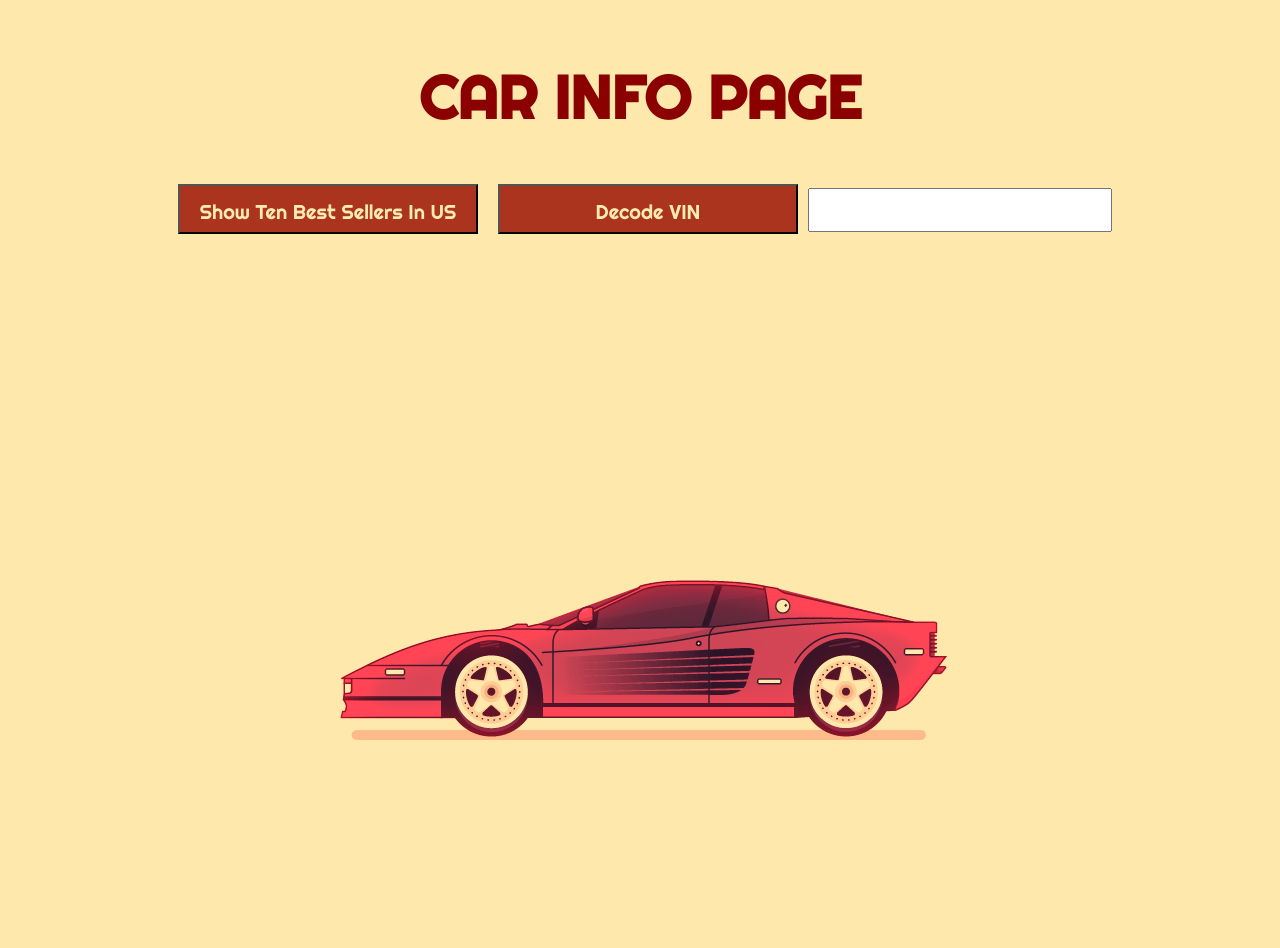
Repository: shadowmare358/vueVinCheck
Page: /
These files come from the project's save history. The page is drawn as it stood at one moment and after the next save; the edit follows.
The browser window is 1280 px wide. The pictures show the whole page.
The project was rebuilt for these pictures with package versions that can differ from the ones it lists, and the page was loaded fresh each time.

Above is the page before, as saved 2019-11-05 11:52:07.

### public/index.html
<!DOCTYPE html>
<html lang="en">
  <head>
    <meta charset="utf-8">
    <meta http-equiv="X-UA-Compatible" content="IE=edge">
    <meta name="viewport" content="width=device-width,initial-scale=1.0">
    <link rel="icon" href="<%= BASE_URL %>favicon.ico">
    <title>vue-carconfig</title>
  </head>
  <body>
    <noscript>
      <strong>We're sorry but vue-carconfig doesn't work properly without JavaScript enabled. Please enable it to continue.</strong>
    </noscript>
    <div id="app"></div>
    <!-- built files will be auto injected -->
  </body>
</html>

### src/App.vue
<template>
  <div id="app">
    <search></search>
     <div id="car"></div>
  </div>

</template>

<script>
import Search from './components/Search.vue'

export default {
  name: 'app',
  components: {
    Search
  }
}

</script>

<style>
#app {
  font-family: 'Avenir', Helvetica, Arial, sans-serif;
  -webkit-font-smoothing: antialiased;
  -moz-osx-font-smoothing: grayscale;
  text-align: center;
  color:darkred;
  margin-top: 60px;
  background-size: cover;

}
body{
margin: 0;
padding: 0;
overflow: hidden;
background-color: #FFE8AC;
}
#car{
  position: absolute;
  top: 90%;
  left: 50%;
  transform:translate(-50%,-50%);
  width: 800px;
  height: 600px;
  background-image: url('./img/car.gif');
  z-index: -1;
}

</style>

### src/components/Search.vue
<template>
  <div class="search">
    <h1>CAR INFO PAGE</h1>
    <nav>
    <button class="btn-one" v-on:click="getPopularCarResults()">Show Ten Best Sellers In US</button>
    <button class="btn-one" v-on:click="getVIN()">Decode VIN</button>
    <input v-model="vin" v-on:keyup.enter="getVIN()">
    </nav>
    <div v-if="!carResults"></div>
    <ul v-if="showCarResults">
        <li v-for="result in carResults" v-bind:key="result.id">{{result.make}} {{result.model}} Number of cars sold: {{result.count}}</li>
    </ul>
<div v-if="showVinResults">
    <p>Year {{vinResults.year}}</p>
    <p>Brand {{vinResults.make}}</p>
    <p>Model {{vinResults.model}}</p>
    <p>Engine {{vinResults.engine}}</p>
    <p>Drive train {{vinResults.drivetrain}}</p>
    <p>Transmission {{vinResults.transmission}}</p>
    <p>Cylinders {{vinResults.cylinders}}</p>
</div>

  </div>
</template>

<script>
export default {
  name: "search",
  data() {
    return {
      msg: "Search",
      query: "",
      carResults: "",
      imagesResults: [],
      vinResults: [],
      modelInfo: "",
      vin: "",
      showCarResults: false,
      showVinResults: false
    };
  },
  methods: {
    async getPopularCarResults() {
        const marketApiKey = "NuJ2q06UO5TRrFU2QfhteMzvIPRz5sNu"
      await fetch(
        `https://marketcheck-prod.apigee.net/v1/popular/cars?api_key=${marketApiKey}&car_type=new`
      )
        .then(response => response.json())
        .then(myJson => this.carResults = myJson.slice(0,10))
        .catch(err => alert(`Cannot get requested data ${err}`));
        this.showVinResults=false;
        this.showCarResults=true;
    },
    async getImageResults(){
         const cxKey = '001912728085642910227:akqkacx3uim';
         const googleApiKey = 'AIzaSyCAJ2rKXL-X_daAy2dveCO--E5ciLgIK6k';
        const carResult = this.carResults[0];

       await fetch(
        `https://www.googleapis.com/customsearch/v1?q=${carResult}&key=${googleApiKey}&cx=${cxKey}&searchType=image&fileType=jpg&imgSize=small&alt=json`
      )
        .then(response => response.json())
        .then(myJson => this.imagesResults = myJson.items)
        .catch(err => alert(`Cannot get requested data ${err}`));
  },
  async getVIN(){
    if(this.vin != ""){
     await fetch(
        `http://marketcheck-prod.apigee.net/v1/vin/${this.vin}/specs?api_key=NuJ2q06UO5TRrFU2QfhteMzvIPRz5sNu`,{
          method: 'GET',
          host: "marketcheck-prod.apigee.net",
          headers:{
            "Content-type": "application/json",
            "Return-type": "Build"
          }
        }
      )
        .then(response => response.json())
        .then(myJson => JSON.stringify(this.vinResults = myJson))
        .catch(err => alert(`Cannot get requested data ${err}`));
        this.showCarResults=false;
        this.showVinResults=true;
    }else{
      this.vin="Type something!"
    }

  }
}
};
</script>
<style  scoped>
@import url('https://fonts.googleapis.com/css?family=Righteous&display=swap');
*{
    font-family: 'Righteous', sans-serif;
}
.btn-one {

  font-size: 20px;
  font-weight: bold;
  line-height: 50px;
    height: 50px;
    text-align: center;
    width: 300px;
    font-weight: 100;
    outline: darkred;
    cursor: pointer;
    color: #FFE8AC;;
    transition: all 0.3s;
    position: relative;
    margin: 10px;
    background-color: rgb(161, 29, 6);
}
.btn-one span {
    transition: all 0.3s;
}
.btn-one::before {
    content: '';
    position: absolute;
    bottom: 0;
    left: 0;
    width: 100%;
    height: 100%;
    z-index: 1;
    opacity: 0;
    transition: all 0.3s;
    border-top-width: 1px;
    border-bottom-width: 1px;
    border-top-style: solid;
    border-bottom-style: solid;
    border-top-color: rgba(255,255,255,0.5);
    border-bottom-color: rgba(255,255,255,0.5);
    transform: scale(0.1, 1);
}
.btn-one:hover span {
    letter-spacing: 2px;
}
.btn-one:hover::before {
    opacity: 1;
    transform: scale(1, 1);
}
.btn-one::after {
    content: '';
    position: absolute;
    bottom: 0;
    left: 0;
    width: 100%;
    height: 100%;
    z-index: 1;
    transition: all 0.3s;
    background-color: rgba(255,255,255,0.1);
}
.btn-one:hover::after {
    opacity: 0;
    transform: scale(0.1, 1);
}
p{
  margin: 10px;
  font-weight: bold;
  font-size: 24px;
}
li{
  margin: 10px;
  font-weight: bold;
  font-size: 24px;
  list-style:none;
}
li:nth-child(1){
  font-size: 30px;
  color:rgb(63, 7, 7);
  text-decoration: underline;
}
li:nth-child(2){
  font-size: 28px;
}
li:nth-child(3){
  font-size: 28px;
}
h1{
  font-size: 60px;
}
input{
  margin: 0;
  padding: 0;
  width: 300px;
  height: 40px;
  line-height: 1rem;
  font-size: 25px;
  text-align: center;
  font-weight: bold;
  outline:rgb(63, 7, 7);
}
</style>

Loaded but not shown: src/main.js (common file)

After the next save:
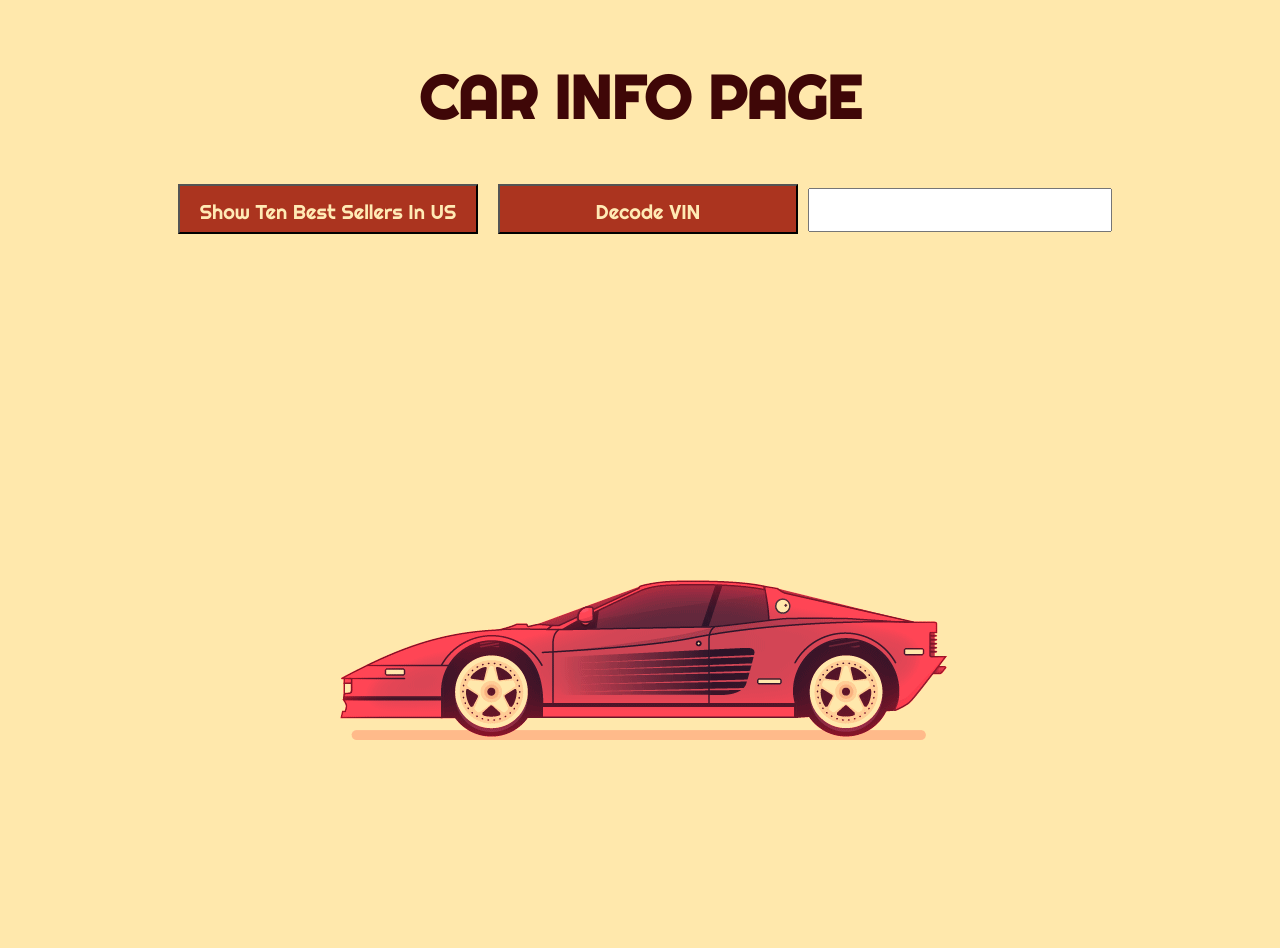
Saved 52 s later.
--- a/src/App.vue
+++ b/src/App.vue
@@ -24,7 +24,7 @@
   -webkit-font-smoothing: antialiased;
   -moz-osx-font-smoothing: grayscale;
   text-align: center;
-  color:darkred;
+  color:rgb(63, 7, 7);
   margin-top: 60px;
   background-size: cover;
 
